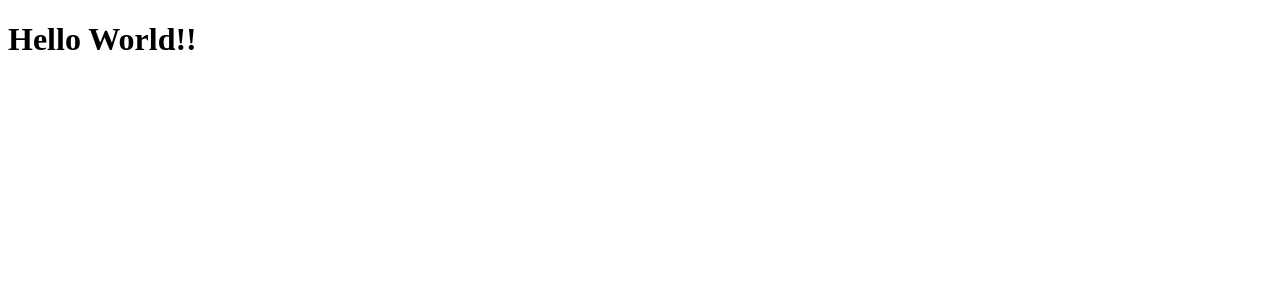
Repository: tanus786/Eclipse-Workspace
Page: http://localhost/MyProject/
An editor plug-in stored every save of this project. The page is shown before and after the next save, followed by the edit.
The browser window is 1280 px wide. The pictures show the whole page.
The page is served by Tomcat 9. Other server files are loaded and not shown.

Above is the page before, as saved 2023-06-01 13:45:51.

### MyProject/src/main/webapp/index.jsp
<%@page import="java.util.Date"%>
<%@ page language="java" contentType="text/html; charset=UTF-8"
    pageEncoding="UTF-8"%>
<!DOCTYPE html>
<html>
<head>
<meta charset="UTF-8">
<title>Insert title here</title>
</head>
<body>
	<div>
	<h1>Hello World!!</h1>
	</div>
	<h1><% new Date().toLocaleString(); %></h1>
</body>
</html>

After the next save:
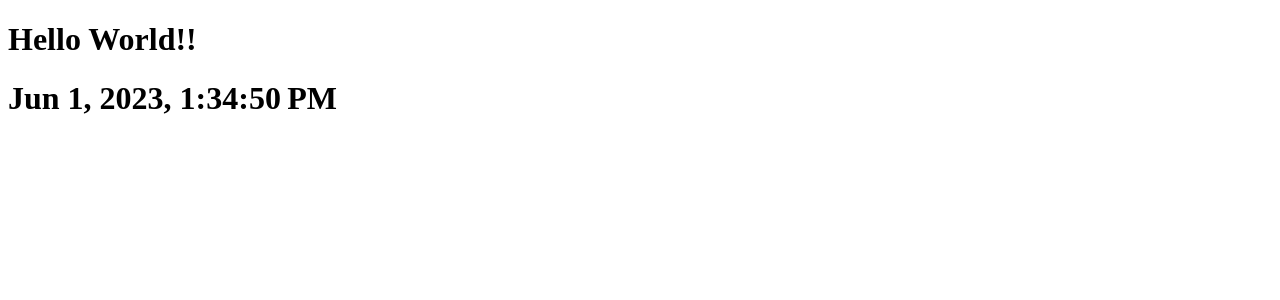
Saved 17 s later.
--- a/MyProject/src/main/webapp/index.jsp
+++ b/MyProject/src/main/webapp/index.jsp
@@ -11,6 +11,6 @@
 	<div>
 	<h1>Hello World!!</h1>
 	</div>
-	<h1><% new Date().toLocaleString(); %></h1>
+	<h1><%= new Date().toLocaleString() %></h1>
 </body>
 </html>
